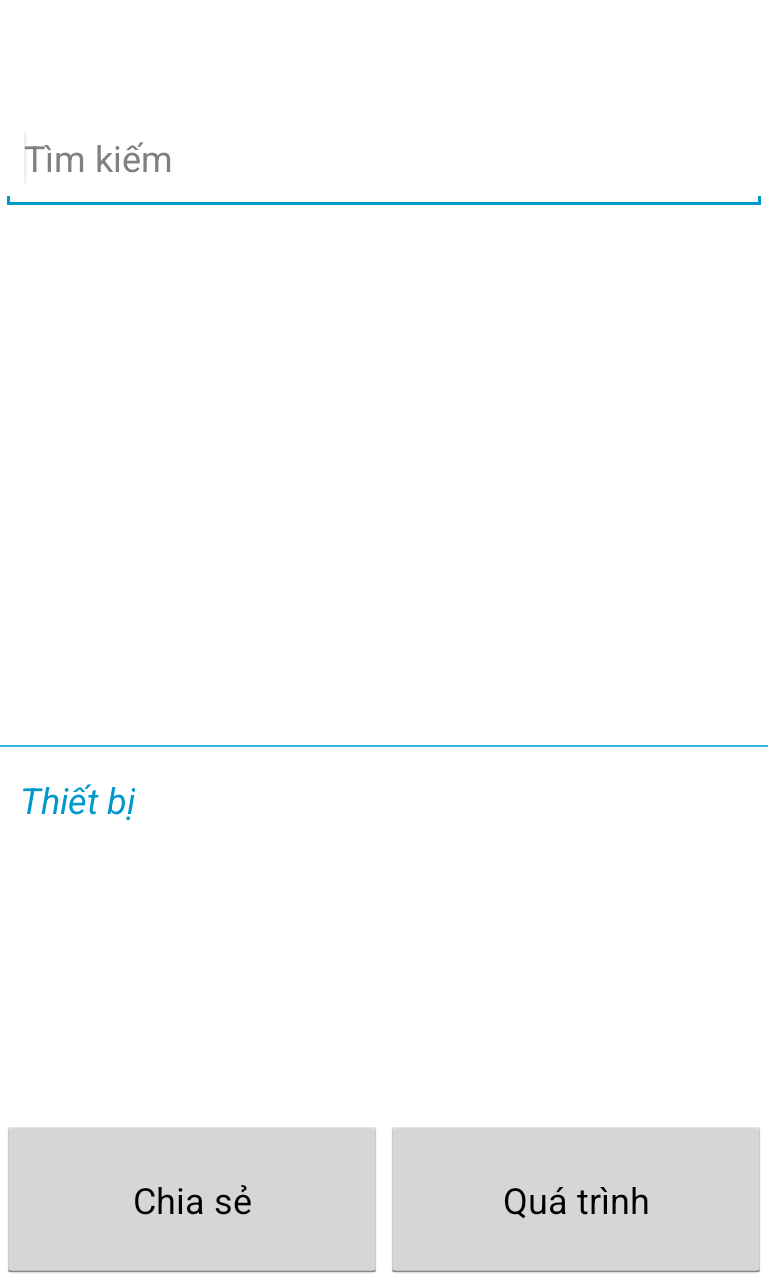
Repository: thinhnk55/android-appshare
Layout: ShareApp/res/layout/activity_main.xml
An editor plug-in stored every save of this project. The layout is shown before and after the next save, followed by the edit.
It is drawn on a 768 x 1280 px phone screen (xhdpi) without system bars, with theme AppTheme; the app's code is not run.

Above is the layout before, as saved 2014-07-17 15:38:30.

### ShareApp/res/layout/activity_main.xml
<RelativeLayout xmlns:android="http://schemas.android.com/apk/res/android"
    xmlns:tools="http://schemas.android.com/tools"
    android:layout_width="match_parent"
    android:layout_height="match_parent"
    tools:context=".MainActivity" >

    <TabHost
        android:id="@android:id/tabhost"
        android:layout_width="match_parent"
        android:layout_height="match_parent"
        android:layout_alignParentLeft="true"
        android:layout_alignParentTop="true" >

        <LinearLayout
            android:layout_width="match_parent"
            android:layout_height="match_parent"
            android:orientation="vertical"
            android:weightSum="120" >

            <TabWidget
                android:id="@android:id/tabs"
                android:layout_width="match_parent"
                android:layout_height="0dp"
                android:layout_weight="10" >
            </TabWidget>

            <AutoCompleteTextView
                android:id="@+id/autoCompleteTextView1"
                android:layout_width="match_parent"
                android:layout_height="0dp"
                android:layout_weight="10"
                android:ems="10"
                android:hint="@string/search" >

                <requestFocus
                    android:layout_width="wrap_content"
                    android:layout_height="wrap_content" />
            </AutoCompleteTextView>

            <FrameLayout
                android:id="@android:id/tabcontent"
                android:layout_width="match_parent"
                android:layout_height="0dp"
                android:layout_weight="50" >
            </FrameLayout>

            <View
                android:layout_width="match_parent"
                android:layout_height="1dp"
                android:background="@android:color/holo_blue_light" />

            <LinearLayout
                android:layout_width="match_parent"
                android:layout_height="0dp"
                android:layout_weight="10" >

                <TextView
                    android:id="@+id/textView1"
                    android:layout_width="wrap_content"
                    android:layout_height="match_parent"
                    android:layout_marginLeft="10dp"
                    android:gravity="center"
                    android:text="@string/device"
                    android:textAppearance="?android:attr/textAppearanceMedium"
                    android:textColor="@android:color/holo_blue_dark"
                    android:textStyle="italic" />

            </LinearLayout>

            <HorizontalScrollView
                android:id="@+id/horizontalScrollView1"
                android:layout_width="match_parent"
                android:layout_height="0dp"
                android:layout_weight="25" >

                <LinearLayout
                    android:layout_width="wrap_content"
                    android:layout_height="match_parent"
                    android:orientation="horizontal" >
                </LinearLayout>
            </HorizontalScrollView>

            <LinearLayout
                android:layout_width="match_parent"
                android:layout_height="0dp"
                android:layout_weight="15"
                android:weightSum="20" >

                <Button
                    android:id="@+id/button2"
                    android:layout_width="0dp"
                    android:layout_height="match_parent"
                    android:layout_weight="10"
                    android:text="@string/share" />

                <Button
                    android:id="@+id/button3"
                    android:layout_width="0dp"
                    android:layout_height="match_parent"
                    android:layout_weight="10"
                    android:text="@string/progress" />
            </LinearLayout>
        </LinearLayout>
    </TabHost>

</RelativeLayout>

### ShareApp/res/values/strings.xml
<?xml version="1.0" encoding="utf-8"?>
<resources>

    <string name="app_name">ShareApp</string>
    <string name="action_settings">Settings</string>
    <string name="hello_world">Hello world!</string>
    <string name="device">Thiết bị</string>
    <string name="share">Chia sẻ</string>
    <string name="progress">Quá trình</string>
    <string name="search">Tìm kiếm</string>
    <string name="scan">Dò thiết bị</string>

</resources>

Loaded but not shown: ShareApp/res/values/styles.xml (common file); ShareApp/res/values-v11/styles.xml (common file); ShareApp/res/values-v14/styles.xml (common file)

After the next save:
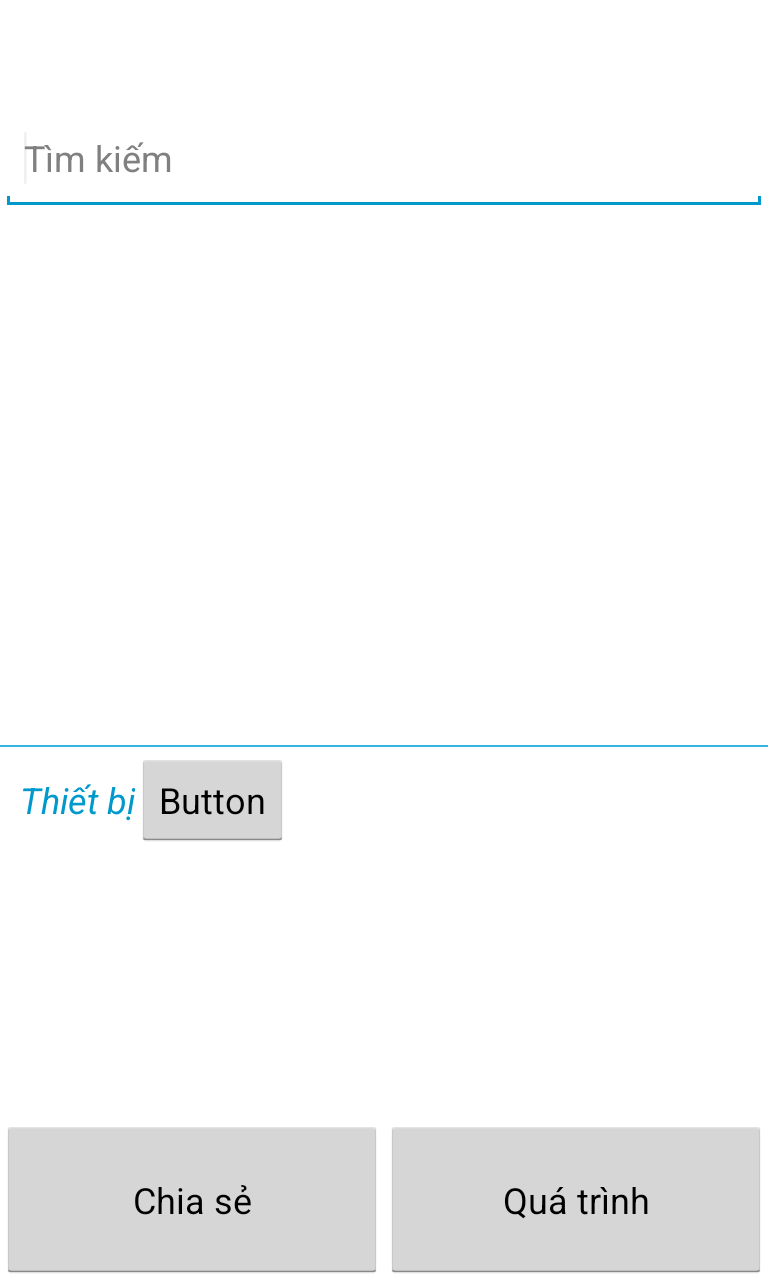
Saved 18 s later.
--- a/ShareApp/res/layout/activity_main.xml
+++ b/ShareApp/res/layout/activity_main.xml
@@ -65,6 +65,12 @@
                     android:textColor="@android:color/holo_blue_dark"
                     android:textStyle="italic" />
 
+                <Button
+                    android:id="@+id/btScan"
+                    android:layout_width="wrap_content"
+                    android:layout_height="wrap_content"
+                    android:text="Button" />
+
             </LinearLayout>
 
             <HorizontalScrollView
